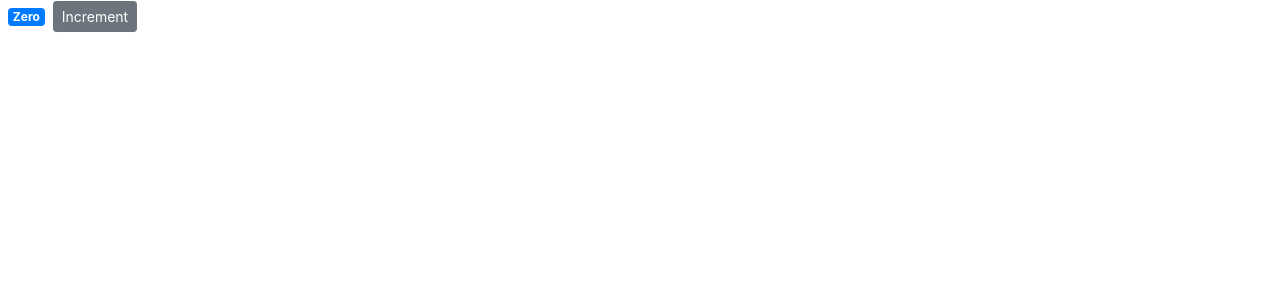
Repository: smk87/First-React-App
Page: /
The author's editor kept a copy of each file at every save. The page is drawn from the files as they stood at one save, then again after the next save.
The browser window is 1280 px wide. The pictures show the whole page.
The project was rebuilt for these pictures with package versions that can differ from the ones it lists, and the page was loaded fresh each time. Also part of the build but not shown: src/App.css, src/App.js.

Above is the page before, as saved 2019-01-04 20:59:07.

After the next save:
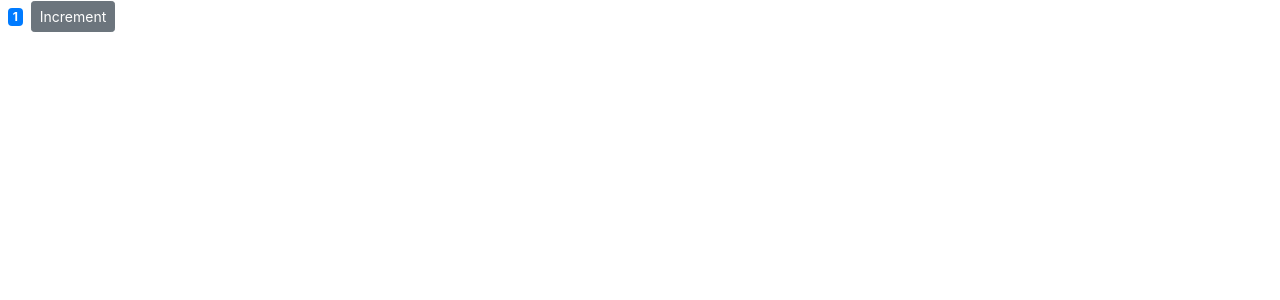
Saved 11 s later.
--- a/src/components/counter.jsx
+++ b/src/components/counter.jsx
@@ -2,7 +2,7 @@ import React, { Component } from "react";
 
 class Counter extends Component {
   state = {
-    count: 0
+    count: 1
   };
   styles = {};
   render() {
